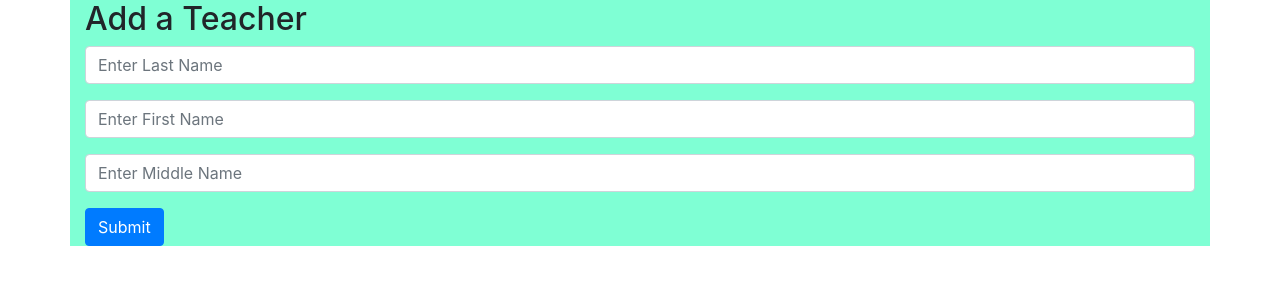
Repository: iyabcd/CS2240
Page: http://localhost/add
An editor plug-in stored every save of this project. The page is shown before and after the next save, followed by the edit.
The browser window is 1280 px wide. The pictures show the whole page.
The page is served by the project's Node server (paa4.1/app.js).

Above is the page before, as saved 2022-03-07 19:44:58.

### paa4.1/views/user_add.ejs
<!DOCTYPE html>
<html lang="en">
<head>
  <title><%= title %></title>
  <meta charset="utf-8">
  <meta name="viewport" content="width=device-width, initial-scale=1">
  <link rel="stylesheet" href="https://maxcdn.bootstrapcdn.com/bootstrap/4.3.1/css/bootstrap.min.css">
  <script src="https://ajax.googleapis.com/ajax/libs/jquery/3.4.1/jquery.min.js"></script>
  <script src="https://cdnjs.cloudflare.com/ajax/libs/popper.js/1.14.7/umd/popper.min.js"></script>
  <script src="https://maxcdn.bootstrapcdn.com/bootstrap/4.3.1/js/bootstrap.min.js"></script>
  <link rel="stylesheet" href="/paa4.1/static/styles.css">
</head>
<body>

<div class="container">
  <h2><%= title %></h2>
  <form action="/save" method="post">
    <div class="form-group">
        <input type="text" class="form-control" id="name" placeholder="Enter Last Name" name="teacher_lname" required>
    </div>
    <div class="form-group">
        <input type="text" class="form-control" id="name" placeholder="Enter First Name" name="teacher_fname" required>
    </div>
    <div class="form-group">
        <input type="text" class="form-control" id="name" placeholder="Enter Middle Name" name="teacher_mname" required>
    </div>
    <button type="submit" class="btn btn-primary">Submit</button>
  </form>
</div>

</body>
</html>

### paa4.1/app.js
const path = require('path');
const express = require('express');
const ejs = require('ejs');
const bodyParser = require('body-parser');
const mysql = require('mysql');
const app = express();

//external css
app.use(express.static(path.join(__dirname, 'static')));
//

//mysql connect
const connection=mysql.createConnection({
    host:'localhost',
    user:'root',
    password:'password',
    database:'paa4DB'
});
connection.connect(function(error){
    if(!!error) console.log(error);
    else console.log('Database Connected!');
});
//

//set views file
app.set('views',path.join(__dirname,'views'));
//

//set view engine
app.set('view engine', 'ejs');
app.use(bodyParser.json());
app.use(bodyParser.urlencoded({ extended: false }));
//

//get all teachers
app.get('/',(req, res) => {
    // res.send('CRUD Operation using NodeJS / ExpressJS / MySQL');
    let sql = "SELECT * FROM teachers";
    let query = connection.query(sql, (err, rows) => {
        if(err) throw err;
        res.render('user_index', {
            title : 'Management System',
            teachers : rows
        });
    });
});
//


//add page
app.get('/add',(req, res) => {
    res.render('user_add', {
        title : 'Add a Teacher'
    });
});
// add teacher
app.post('/save',(req, res) => {
    let data = {teacher_id: req.body.teacher_id, teacher_lname: req.body.teacher_lname,
        teacher_fname: req.body.teacher_fname, teacher_mname: req.body.teacher_mname};
    let sql = "INSERT INTO teachers SET ?";
    let query = connection.query(sql, data,(err, results) => {
      if(err) throw err;
      res.redirect('/');
    });
});



//server check
app.listen(3000, () => {
    console.log('Server is running at port 3000');
});
//

### paa4.1/static/styles.css
* {
    margin: 0;
    padding: 0;
}
.container {
    background-color: aquamarine;
}

After the next save:
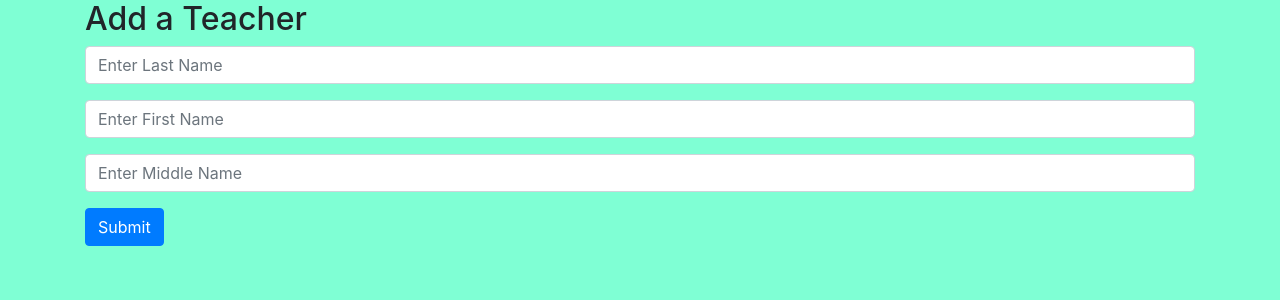
Saved 2 h 6 min later.
--- a/paa4.1/static/styles.css
+++ b/paa4.1/static/styles.css
@@ -2,6 +2,6 @@
     margin: 0;
     padding: 0;
 }
-.container {
+body {
     background-color: aquamarine;
 }
